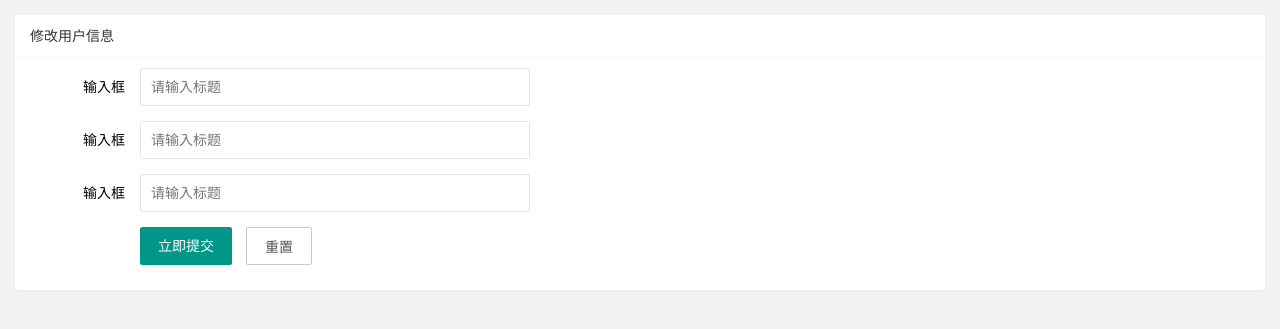
Repository: toastname/openread
Page: User/user_info.html
These files come from the project's save history. The page is drawn as it stood at one moment and after the next save; the edit follows.
The browser window is 1280 px wide. The pictures show the whole page.

Above is the page before, as saved 2021-06-06 18:15:37.

### User/user_info.html
<!DOCTYPE html>
<html lang="en">

<head>
    <meta charset="UTF-8">
    <meta http-equiv="X-UA-Compatible" content="IE=edge">
    <meta name="viewport" content="width=device-width, initial-scale=1.0">
    <title>Document</title>
    <script src="../lib/jquery.js"></script>
    <link rel="stylesheet" href="../lib/layui/css/layui.css">
    <link rel="stylesheet" href="../styles/User/user_info.css">
</head>

<body>
    <div class="layui-card">
        <div class="layui-card-header">修改用户信息</div>
        <div class="layui-card-body">
            <form class="layui-form" action="">
                <div class="layui-form-item">
                    <label class="layui-form-label">输入框</label>
                    <div class="layui-input-block">
                        <input type="text" name="title" required lay-verify="required" placeholder="请输入标题" autocomplete="off" class="layui-input">
                    </div>
                </div>
                <div class="layui-form-item">
                    <label class="layui-form-label">输入框</label>
                    <div class="layui-input-block">
                        <input type="text" name="title" required lay-verify="required" placeholder="请输入标题" autocomplete="off" class="layui-input">
                    </div>
                </div>
                <div class="layui-form-item">
                    <label class="layui-form-label">输入框</label>
                    <div class="layui-input-block">
                        <input type="text" name="title" required lay-verify="required" placeholder="请输入标题" autocomplete="off" class="layui-input">
                    </div>
                </div>
                <div class="layui-form-item">
                    <div class="layui-input-block">
                        <button class="layui-btn" lay-submit lay-filter="formDemo">立即提交</button>
                        <button type="reset" class="layui-btn layui-btn-primary">重置</button>
                    </div>
                </div>
        </div>
    </div>


    <!-- 导入layui的script -->
    <script src="lib/layui/layui.all.js"></script>
    <script src="lib/jquery.js"></script>
    <script src="scripts/baseAPI.js"></script>
</body>

</html>

### styles/User/user_info.css
body {
    background-color: #f0f2f4;
    padding: 15px;
}

.layui-form {
    width: 500px;
}

### scripts/baseAPI.JS
// 注意：每次调用 $.get() 或 $.post() 或 $.ajax() 的时候，
// 会先调用 ajaxPrefilter 这个函数
// 在这个函数中，可以拿到我们给Ajax提供的配置对象
$.ajaxPrefilter(function(options) {
    // 在发起真正的 Ajax 请求之前，统一拼接请求的根路径
    options.url = 'http://api-breakingnews-web.itheima.net' + options.url

    // 统一为有权限的接口，设置 headers 请求头
    if (options.url.indexOf('/my/') !== -1) {
        options.headers = {
            Authorization: localStorage.getItem('token') || ''
        }
    }

    // 全局统一挂载 complete 回调函数
    options.complete = function(res) {
        // console.log('执行了 complete 回调：')
        // console.log(res)
        // 在 complete 回调函数中，可以使用 res.responseJSON 拿到服务器响应回来的数据
        if (res.responseJSON.status === 1 && res.responseJSON.message === '身份认证失败！') {
            // 1. 强制清空 token
            localStorage.removeItem('token')
                // 2. 强制跳转到登录页面
            location.href = '/login.html'
        }
    }
})

Loaded but not shown: lib/jquery.js (library); lib/layui/css/layui.css (library); lib/layui/layui.all.js (library); lib/layui/css/modules/laydate/default/laydate.css (library); lib/layui/css/modules/layer/default/layer.css (library); lib/layui/css/modules/code.css (common file)

After the next save:
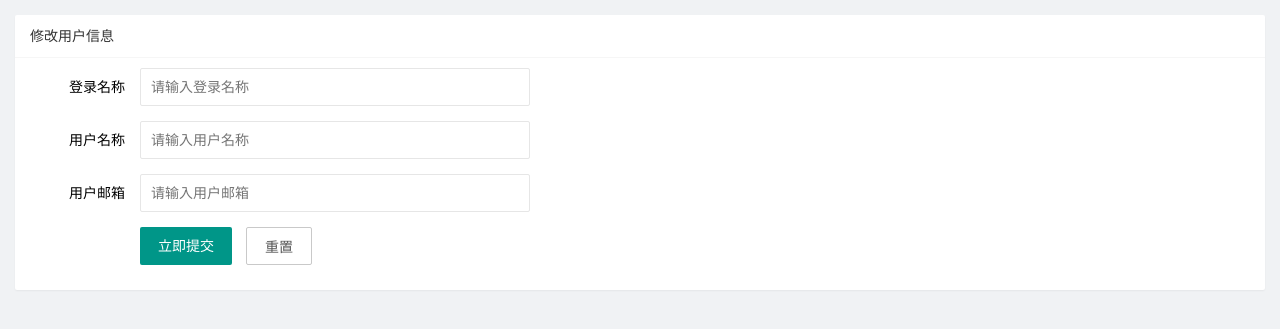
Saved 2 min 55 s later.
--- a/User/user_info.html
+++ b/User/user_info.html
@@ -17,21 +17,21 @@
         <div class="layui-card-body">
             <form class="layui-form" action="">
                 <div class="layui-form-item">
-                    <label class="layui-form-label">输入框</label>
+                    <label class="layui-form-label">登录名称</label>
                     <div class="layui-input-block">
-                        <input type="text" name="title" required lay-verify="required" placeholder="请输入标题" autocomplete="off" class="layui-input">
+                        <input type="text" name="title" required lay-verify="required" placeholder="请输入登录名称" autocomplete="off" class="layui-input" readonly>
                     </div>
                 </div>
                 <div class="layui-form-item">
-                    <label class="layui-form-label">输入框</label>
+                    <label class="layui-form-label">用户名称</label>
                     <div class="layui-input-block">
-                        <input type="text" name="title" required lay-verify="required" placeholder="请输入标题" autocomplete="off" class="layui-input">
+                        <input type="text" name="title" required lay-verify="required" placeholder="请输入用户名称" autocomplete="off" class="layui-input">
                     </div>
                 </div>
                 <div class="layui-form-item">
-                    <label class="layui-form-label">输入框</label>
+                    <label class="layui-form-label">用户邮箱</label>
                     <div class="layui-input-block">
-                        <input type="text" name="title" required lay-verify="required" placeholder="请输入标题" autocomplete="off" class="layui-input">
+                        <input type="text" name="title" required lay-verify="required" placeholder="请输入用户邮箱" autocomplete="off" class="layui-input">
                     </div>
                 </div>
                 <div class="layui-form-item">
